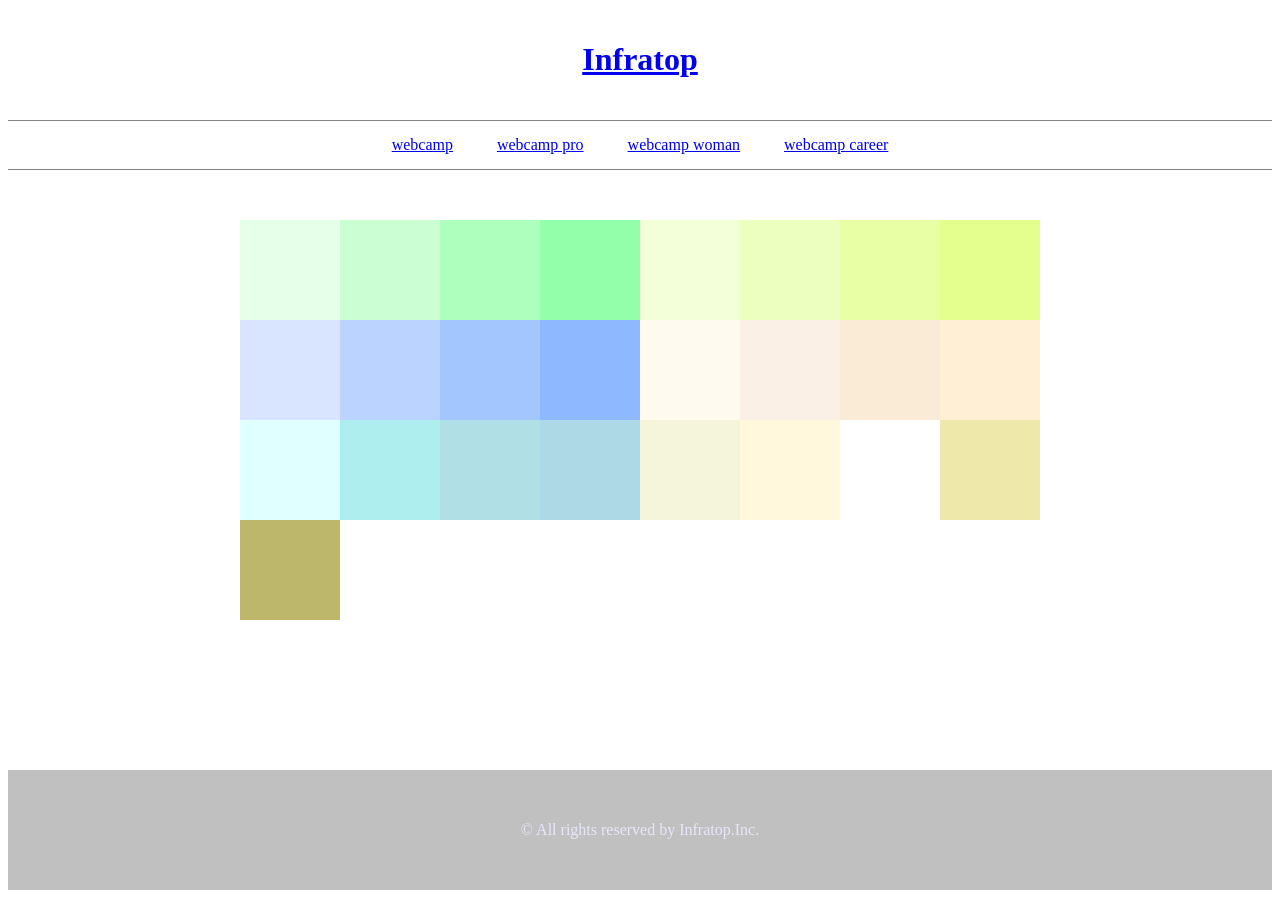
Repository: kiruha313/DWC
Page: exersise5/index.html
The author's editor kept a record of every edit. The page is drawn from the files as they stood at one moment, then again after the next edit.
The browser window is 1280 px wide. The pictures show the whole page.

Above is the page before.

### exersise5/index.html
<!DOCTYPE html>
<html lang="ja">
  <head>
    <meta charset="UTF-8" />
    <link rel="stylesheet" href="style.css" />
    <title>5章の演習問題</title>
  </head>

  <body>
    <header>
      <h1 class="header">
        <a href="index.html">Infratop</a>
      </h1>
    </header>

    <nav>
      <ul class="nav-list">
        <li class="nav-list-item">
          <a href="https://web-camp.io/">webcamp</a>
        </li>
        <li class="nav-list-item">
          <a href="webcamp pro">webcamp pro</a>
        </li>
        <li class="nav-list-item">
          <a href="webcamp woman">webcamp  woman</a>
        </li>
        <li class="nav-list-item">
          <a href="webcamp career">webcamp career</a>
        </li>
        </li>
      </ul>
    </nav>

    <div class="main">
      <div class="main1"></div>
      <div class="main2"></div>
      <div class="main3"></div>
      <div class="main4"></div>
      <div class="main5"></div>
      <div class="main6"></div>
      <div class="main7"></div>
      <div class="main8"></div>
      <div class="main9"></div>
      <div class="main10"></div>
      <div class="main11"></div>
      <div class="main12"></div>
      <div class="main13"></div>
      <div class="main14"></div>
      <div class="main15"></div>
      <div class="main16"></div>
      <div class="main17"></div>
      <div class="main18"></div>
      <div class="main19"></div>
      <div class="main20"></div>
      <div class="main21"></div>
      <div class="main22"></div>
      <div class="main23"></div>
      <div class="main24"></div>
      <div class="main25"></div>
      <div class="main26"></div>
      <div class="main27"></div>
      <div class="main28"></div>
      <div class="main29"></div>
      <div class="main30"></div>
      <div class="main31"></div>
      <div class="main32"></div>
      <div class="main33"></div>
      <div class="main34"></div>
      <div class="main35"></div>
      <div class="main36"></div>
      <div class="main37"></div>
      <div class="main38"></div>
      <div class="main39"></div>
      <div class="main40"></div>
    </div>

    <footer class="footer-item">
      <p class="footer-text">© All rights reserved by Infratop.Inc.</p>
    </footer>

  </body>

</html>

### exersise5/style.css
header > h1 {
  width: 100%;
  padding:20px 0;
  text-align: center;
}

.nav-list {
  text-align: center;
  padding: 15px 0;
  margin: 0 auto;
  list-style: none;
  border-top: 1px solid #848482;
  border-bottom: 1px solid #848282;
}

.nav-list-item {
  display: inline-block;
  margin: 0 20px;
}

.main {
  width: 800px;
  margin: 50px auto;
  display: flex;
  flex-wrap: wrap;
}

.main1 {
  width: 100px;
  height: 100px;
  background-color: #e6ffe9;
}

.main2 {
  width: 100px;
  height: 100px;
  background-color: #cbffd3;
}

.main3 {
  width: 100px;
  height: 100px;
  background-color: #aeffbd;
}

.main4 {
  width: 100px;
  height: 100px;
  background-color: #93ffab;
}

.main5 {
  width: 100px;
  height: 100px;
  background-color: #f3ffd8;
}

.main6 {
  width: 100px;
  height: 100px;
  background-color: #edffbe;
}

.main7 {
  width: 100px;
  height: 100px;
  background-color: #e9ffa5;
}

.main8 {
  width: 100px;
  height: 100px;
  background-color: #e4ff8d;
}

.main9 {
  width: 100px;
  height: 100px;
  background-color: #d9e5ff;
}

.main10 {
  width: 100px;
  height: 100px;
  background-color: #bad3ff;
}

.main11 {
  width: 100px;
  height: 100px;
  background-color: #a4c6ff;
}

.main12 {
  width: 100px;
  height: 100px;
  background-color: #8eb8ff;
}

.main13 {
  width: 100px;
  height: 100px;
  background-color: #fffaf0;
}

.main14 {
  width: 100px;
  height: 100px;
  background-color: #faf0e6;
}

.main15 {
  width: 100px;
  height: 100px;
  background-color: #faebd7;
}

.main16 {
  width: 100px;
  height: 100px;
  background-color: #ffefd5;
}

.main17 {
  width: 100px;
  height: 100px;
  background-color: #e0ffff;
}

.main18 {
  width: 100px;
  height: 100px;
  background-color: #afeeee;
}

.main19 {
  width: 100px;
  height: 100px;
  background-color: #b0e0e6;
}

.main20 {
  width: 100px;
  height: 100px;
  background-color: #add8e6;
}

.main21 {
  width: 100px;
  height: 100px;
  background-color: #f5f5dc;
}

.main22 {
  width: 100px;
  height: 100px;
  background-color: #fff8dc;
}

.main23 {
  width: 100px;
  height: 100px;
  background-color: ;
}

.main24 {
  width: 100px;
  height: 100px;
  background-color: #eee8aa;
}

.main25 {
  width: 100px;
  height: 100px;
  background-color: #bdb76b;
}

.main26 {
  width: 100px;
  height: 100px;
  background-color: ;
}

.main27 {
  width: 100px;
  height: 100px;
  background-color: ;
}

.main28 {
  width: 100px;
  height: 100px;
  background-color: ;
}

.main29 {
  width: 100px;
  height: 100px;
  background-color: ;
}

.main30 {
  width: 100px;
  height: 100px;
  background-color: ;
}

.main31 {
  width: 100px;
  height: 100px;
  background-color: ;
}

.main32 {
  width: 100px;
  height: 100px;
  background-color: ;
}

.main33 {
  width: 100px;
  height: 100px;
  background-color: ;
}

.main34 {
  width: 100px;
  height: 100px;
  background-color: ;
}

.main35 {
  width: 100px;
  height: 100px;
  background-color: ;
}

.main36 {
  width: 100px;
  height: 100px;
  background-color: ;
}

.main37 {
  width: 100px;
  height: 100px;
  background-color: ;
}

.main38 {
  width: 100px;
  height: 100px;
  background-color: ;
}

.main39 {
  width: 100px;
  height: 100px;
  background-color: ;
}

.main40 {
  width: 100px;
  height: 100px;
  background-color: ;
}



.footer-item {
  width: 100%;
  height: 120px;
  text-align:center;
  line-height: 120px;
  background-color: silver;
}

.footer-text {
  color: lavender;
}

After the next edit:
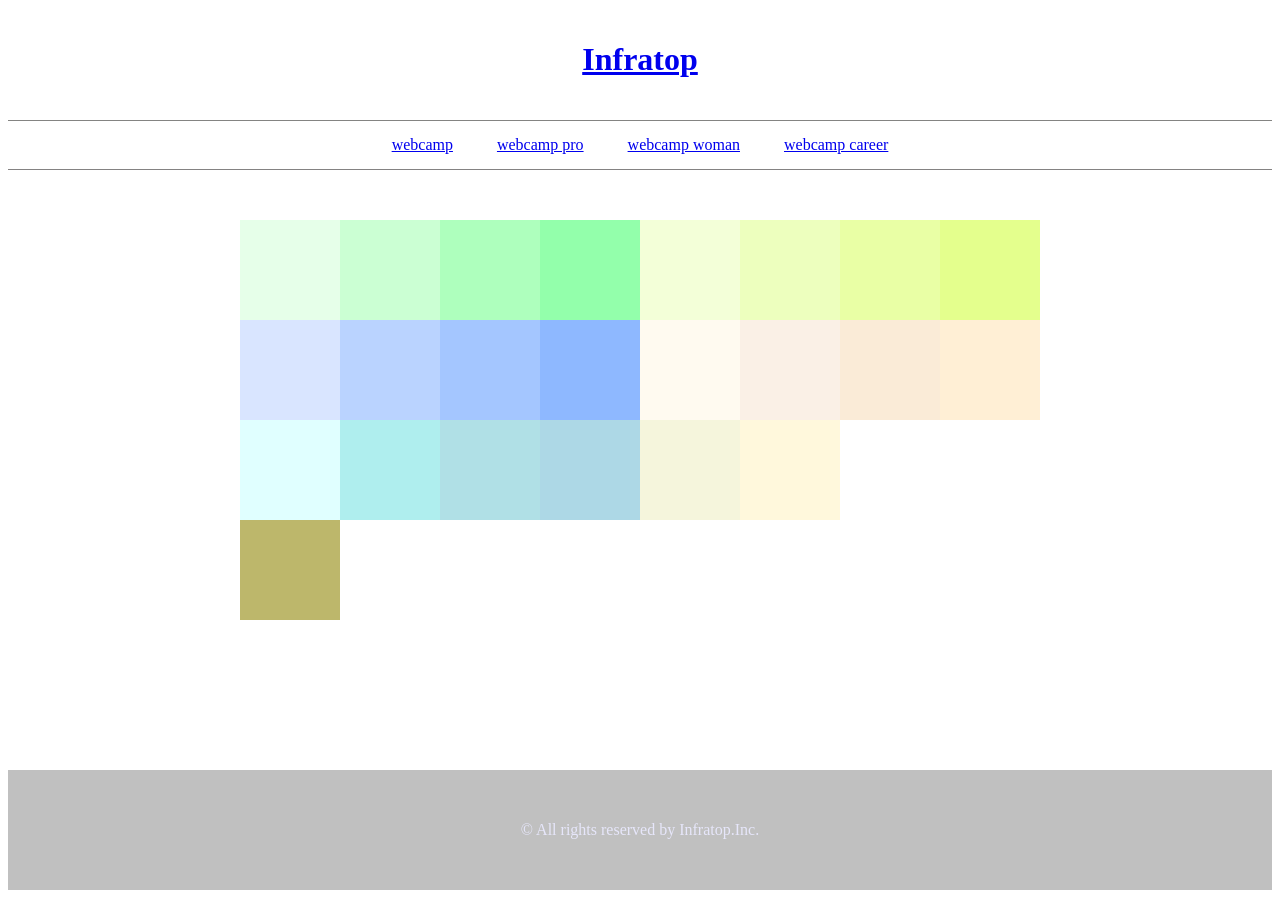
The edit:
--- a/exersise5/style.css
+++ b/exersise5/style.css
@@ -166,7 +166,7 @@
 .main24 {
   width: 100px;
   height: 100px;
-  background-color: #eee8aa;
+  background-color: ;
 }
 
 .main25 {
